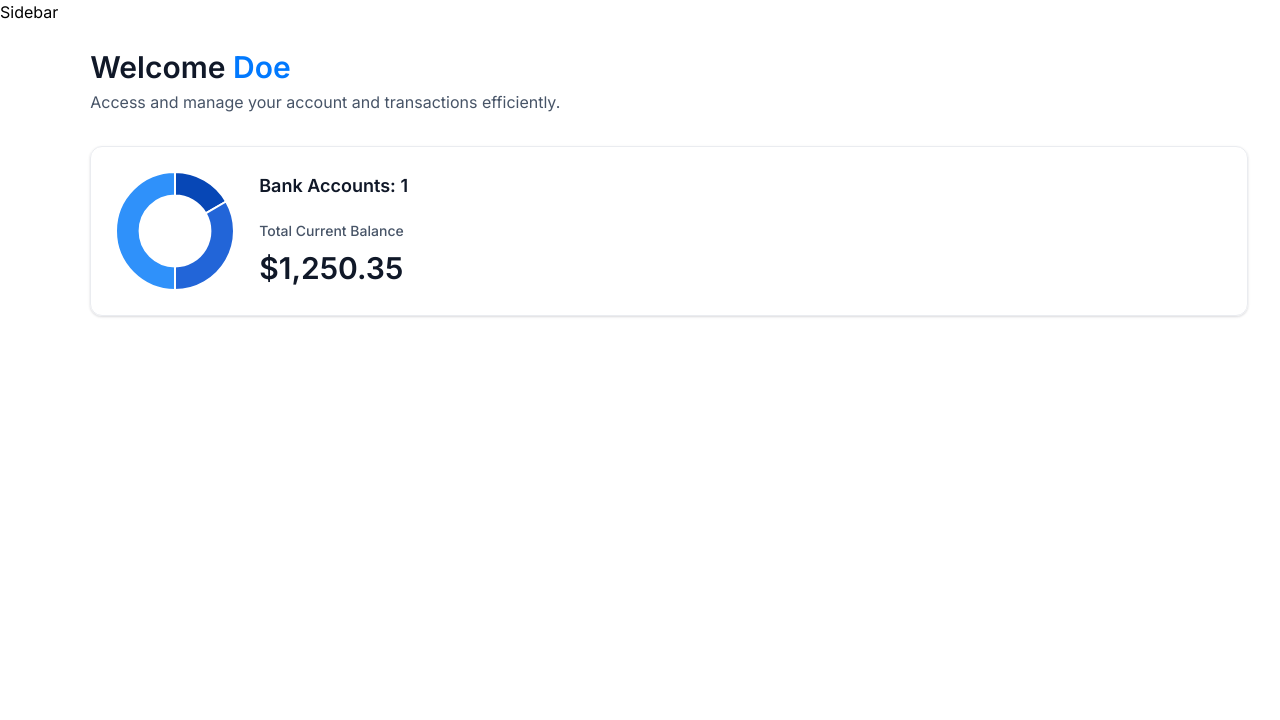
Repository: akinolapo/creditcraze
Page: /
These files come from the project's save history. The page is drawn as it stood at one moment and after a run of saves; the edit follows.
The browser window is 1280 px wide. The pictures show the whole page.
The project was rebuilt for these pictures with package versions that can differ from the ones it lists, and the page was loaded fresh each time. The framework's server and built-in components were replaced by stand-ins that run in the browser. Also part of the build but not shown: next.config.mjs.

Above is the page before, as saved 2024-07-01 09:03:49.

After the next 2 saves:
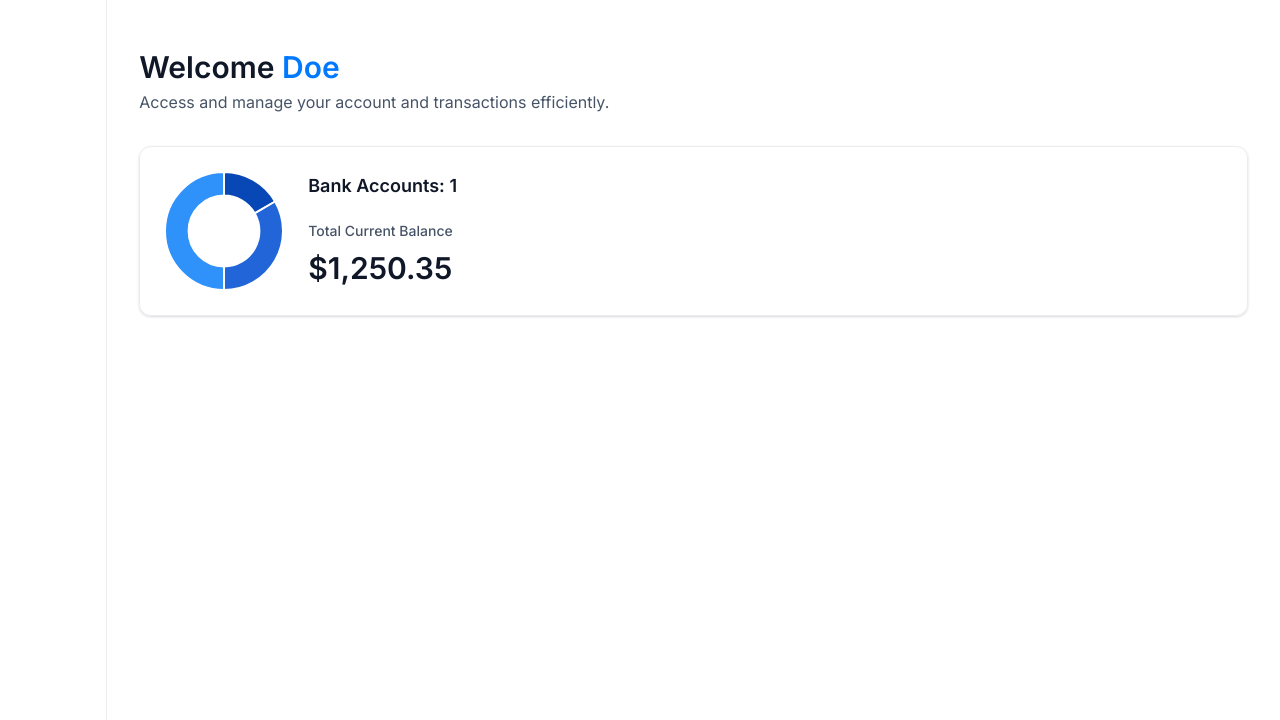
The 2 saves are shown as one change because 1 did not build or start.
The last was saved 9 s later.
--- a/components/Sidebar.tsx
+++ b/components/Sidebar.tsx
@@ -2,7 +2,7 @@ import React from 'react'
 
 const Sidebar = ({user}: SiderbarProps) => {
   return (
-    <section>Sidebar</section>
+    <section className="sidebar">Sidebar</section>
   )
 }
 
